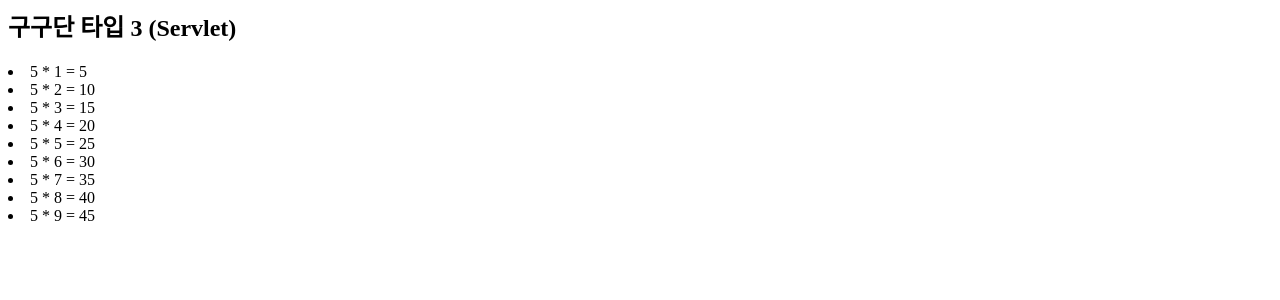
Repository: Byeonghee-son/DB-Servlet
Page: http://localhost/ServletStudy/gugudan
The author's editor kept a copy of each file at every save. The page is drawn from the files as they stood at one save, then again after the next save.
The browser window is 1280 px wide. The pictures show the whole page.
The page is served by Tomcat 9. Other server files are loaded and not shown.

Above is the page before, as saved 2023-05-11 05:56:17.

### ServletStudy/src/main/java/edu/pnu/servlet/gugudan.java
package edu.pnu.servlet;

import java.io.IOException;
import java.io.PrintWriter;

import javax.servlet.ServletException;
import javax.servlet.annotation.WebServlet;
import javax.servlet.http.HttpServlet;
import javax.servlet.http.HttpServletRequest;
import javax.servlet.http.HttpServletResponse;

@WebServlet("/gugudan")
public class gugudan extends HttpServlet {
	private static final long serialVersionUID = 1L;

	@Override
	protected void doGet(HttpServletRequest req, HttpServletResponse resp) throws ServletException, IOException {
		// TODO Auto-generated method stub
		String type = req.getParameter("type");
		String snum = req.getParameter("num");
		int num = 5;
		if(snum != null) num = Integer.parseInt(snum);
		resp.setContentType("text/html; charset=utf-8");
		try(PrintWriter out = resp.getWriter();){

			out.println("<h2>구구단 타입 3 (Servlet)</h2>");

			for(int i = 1; i < 10 ; i++) {
				out.println("<li>" + num  + " * " + i  + " = " + num * i + "</li>");

			}
			out.close();


		}catch(IOException e) {
			e.printStackTrace();
		}




	}
}

After the next save:
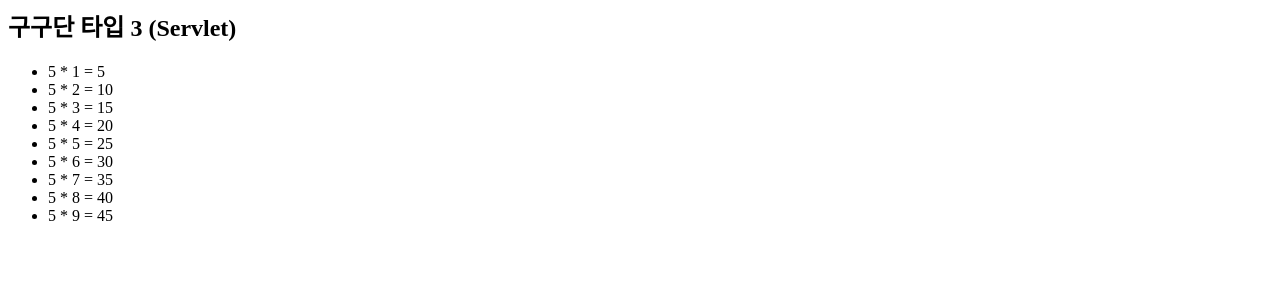
Saved 44 s later.
--- a/ServletStudy/src/main/java/edu/pnu/servlet/gugudan.java
+++ b/ServletStudy/src/main/java/edu/pnu/servlet/gugudan.java
@@ -24,12 +24,11 @@ public class gugudan extends HttpServlet {
 		try(PrintWriter out = resp.getWriter();){
 
 			out.println("<h2>구구단 타입 3 (Servlet)</h2>");
-
+			out.println("<ul>");
 			for(int i = 1; i < 10 ; i++) {
 				out.println("<li>" + num  + " * " + i  + " = " + num * i + "</li>");
-
 			}
-			out.close();
+			out.println("</ul>");
 
 
 		}catch(IOException e) {
